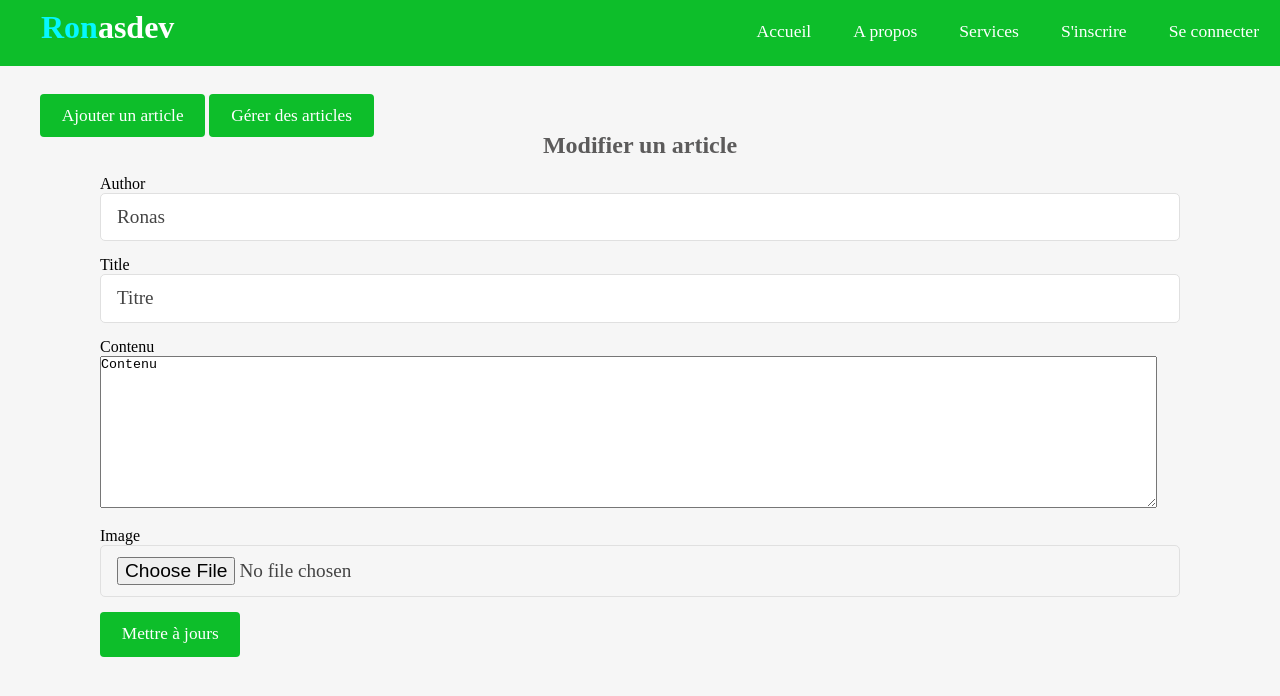
Repository: ahamie71/miniblog
Page: http://localhost/admin/edit.php
An editor plug-in stored every save of this project. The page is shown before and after a run of saves, followed by the edit.
The browser window is 1280 px wide. The pictures show the whole page.
The page is run by PHP 8.4 with error messages shown; the project is at /var/www/html/.

Above is the page before, as saved 2023-03-01 09:26:38.

After the next 2 saves:
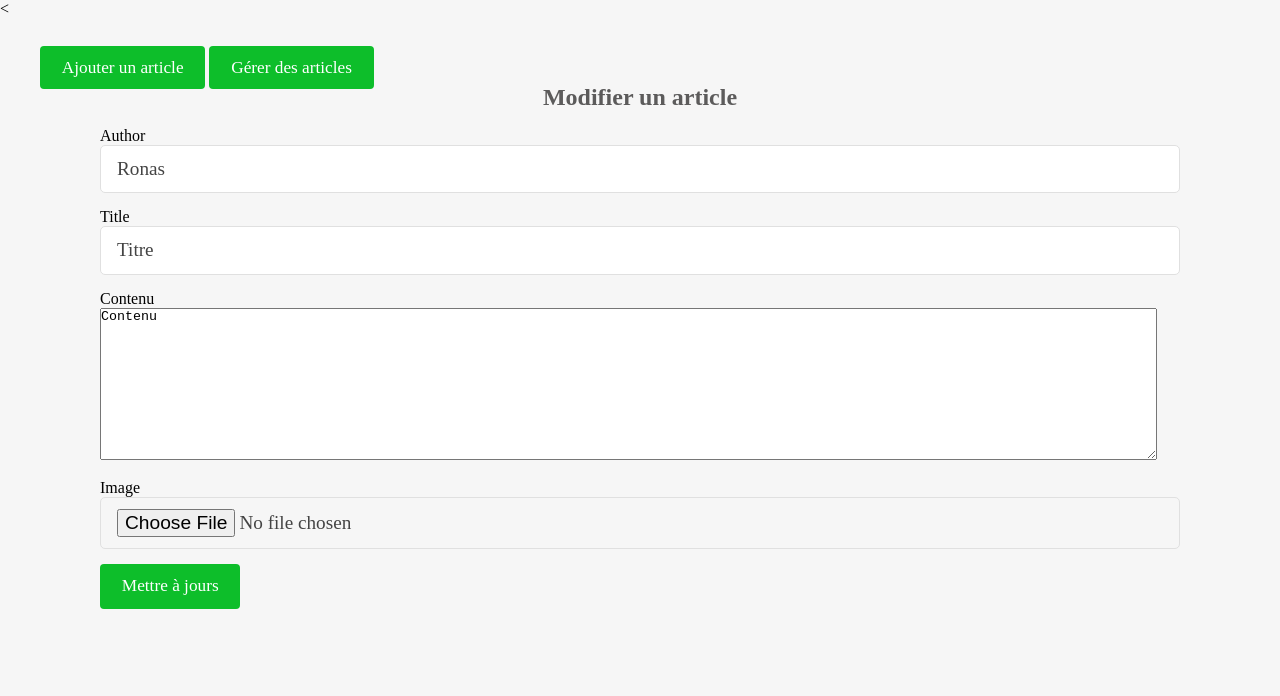
The 2 saves are shown as one change because they came seconds apart.
The last was saved 46 s later.
--- a/admin/edit.php
+++ b/admin/edit.php
@@ -16,18 +16,7 @@
     </head>
 
     <body>
-        <header>
-            <div class="logo">
-              <h1 class="logo-text"><span>Ron</span>asdev</h1>
-            </div>
-            <ul class="nav">
-              <li><a href="index.html">Accueil</a></li>
-              <li><a href="#">A propos</a></li>
-              <li><a href="#">Services</a></li>
-              <li><a href="#">S'inscrire</a></li>
-              <li><a href="#">Se connecter</a></li>
-            </ul>
-          </header>
+       <
         <!-- Admin Page Wrapper -->
         <div class="admin-container">
 
